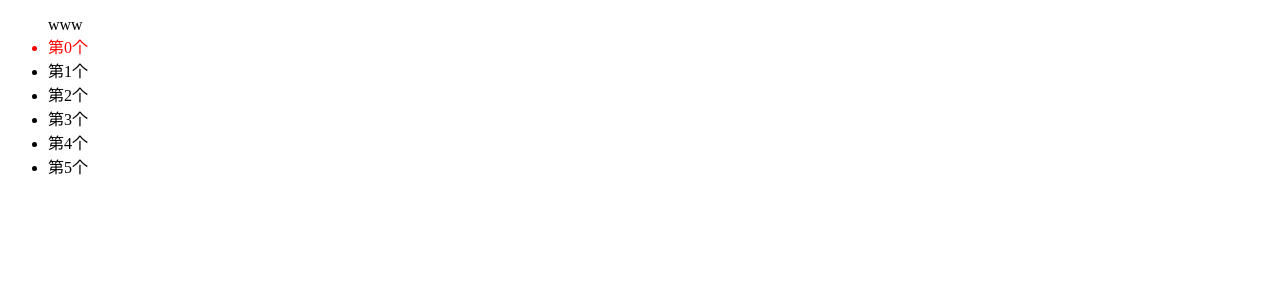
Repository: Romic77/css-test
Page: 伪类选择器.html
These files come from the project's save history. The page is drawn as it stood at one moment and after the next save; the edit follows.
The browser window is 1280 px wide. The pictures show the whole page.

Above is the page before, as saved 2022-09-02 21:35:39.

### 伪类选择器.html
<!DOCTYPE html>
<html lang="en">

<head>
    <meta charset="UTF-8">
    <meta http-equiv="X-UA-Compatible" content="IE=edge">
    <meta name="viewport" content="width=device-width, initial-scale=1.0">
    <title>Document</title>
    <style>
        /* 伪类(不存在的类)迎来描述一个元素的特殊状态
                比如:第一个元素 被点击的元素 鼠标移入的元素]
                伪类都是以:开头
                :first-child  第一个子元素
                :last-child 最后一个子元素
                :nth-child(n) 选中第N个子元素
                    特殊值:
                        n 所有元素
                        2n或even  偶数
                        2n+1或odd 奇数
                - 这些伪类是根据所有的子元素进行排序

                :first-of-type
                :last-of-type
                :nth-of-type(n)
                - 同类型元素中进行排序
            */
        /* ul>li:nth-child(2) {
            color: red;
        } */

        ul>li:nth-last-of-type(6) {
            color: red;
        }
    </style>
</head>

<body>
    <ul>
        <span>www</span>
        <li>第0个</li>
        <li>第1个</li>
        <li>第2个</li>
        <li>第3个</li>
        <li>第4个</li>
        <li>第5个</li>
    </ul>
</body>

</html>

After the next save:
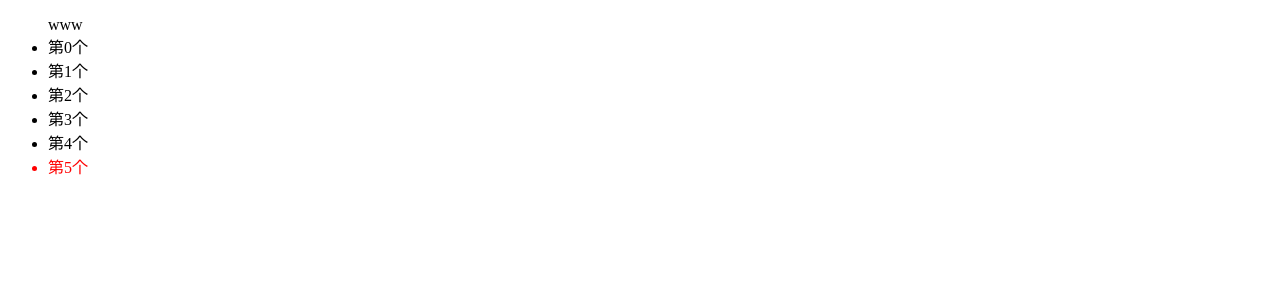
Saved 11 s later.
--- a/伪类选择器.html
+++ b/伪类选择器.html
@@ -28,7 +28,7 @@
             color: red;
         } */
 
-        ul>li:nth-last-of-type(6) {
+        ul>li:nth-of-type(6) {
             color: red;
         }
     </style>

After the save that followed:
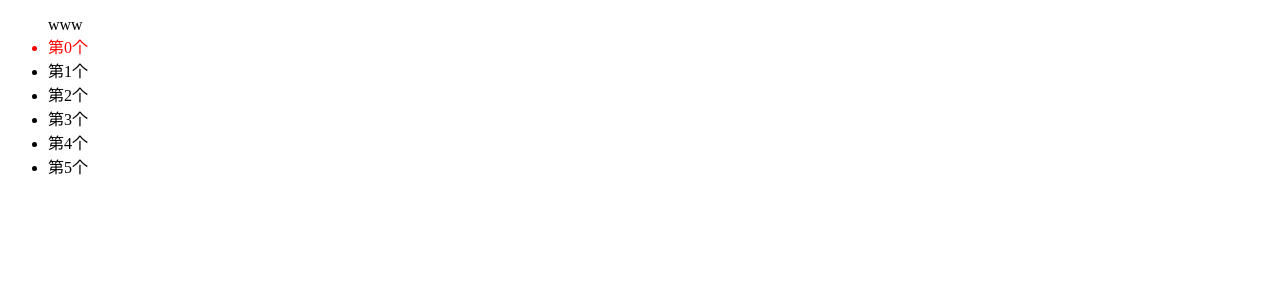
Saved 12 s later.
--- a/伪类选择器.html
+++ b/伪类选择器.html
@@ -28,7 +28,7 @@
             color: red;
         } */
 
-        ul>li:nth-of-type(6) {
+        ul>li:nth-of-type(1) {
             color: red;
         }
     </style>
